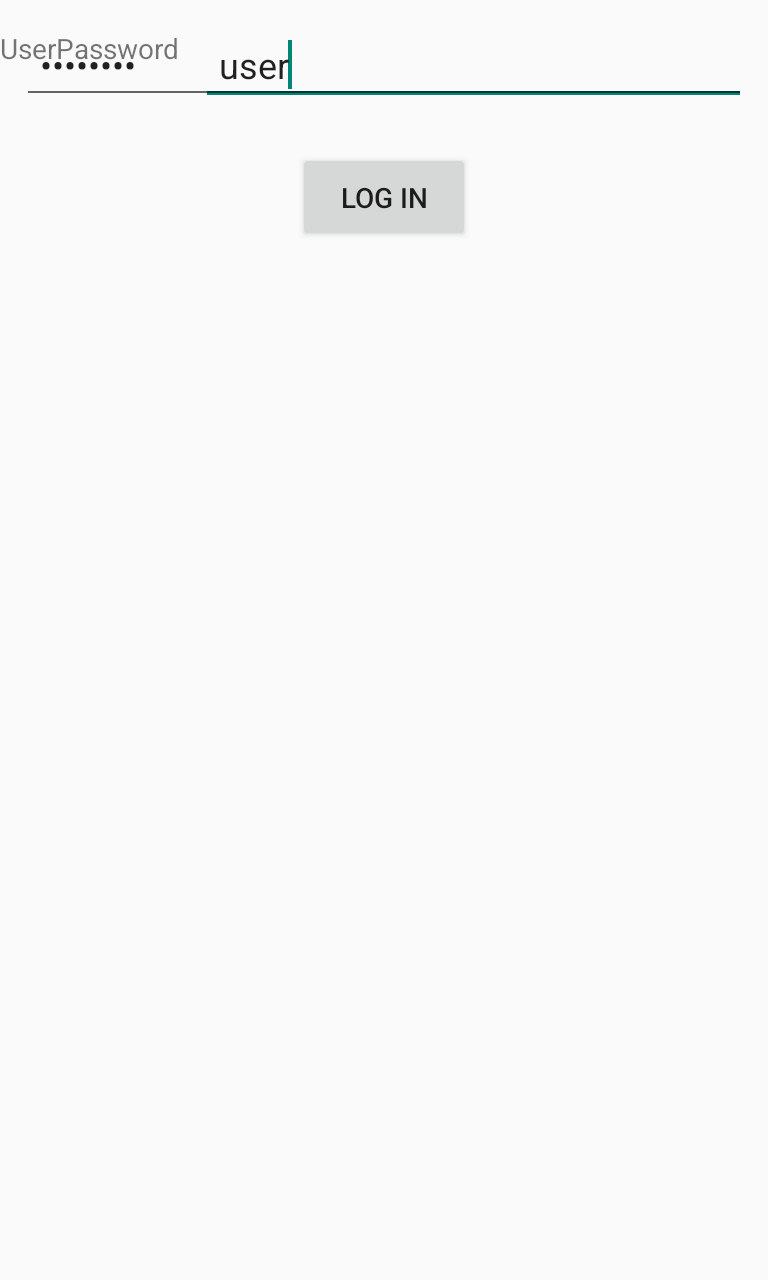
Repository: mgorski-mg/FunsCounter
Layout: FunsCounter/res/layout/login_fragment.xml
The author's editor kept a copy of each file at every save. The layout is drawn from the files as they stood at one save, then again after the next save.
It is drawn on a 768 x 1280 px phone screen (xhdpi) without system bars, with theme AppTheme; the app's code is not run.

Above is the layout before, as saved 2014-02-10 18:17:44.

### FunsCounter/res/layout/login_fragment.xml
<RelativeLayout xmlns:android="http://schemas.android.com/apk/res/android"
    android:layout_width="fill_parent"
    android:layout_height="wrap_content"
    android:layout_gravity="center" >

    <LinearLayout
        android:layout_width="fill_parent"
        android:layout_height="wrap_content" >

        <TextView
            android:layout_width="wrap_content"
            android:layout_height="wrap_content"
            android:text="@string/user" />

        <TextView
            android:layout_width="wrap_content"
            android:layout_height="wrap_content"
            android:text="@string/password" />

        <EditText
            android:id="@+id/user"
            android:layout_width="match_parent"
            android:layout_height="wrap_content"
            android:layout_alignParentTop="true"
            android:layout_margin="10dp"
            android:ems="10"
            android:inputType="text"
            android:padding="10dp"
            android:text="user" >

            <requestFocus />
        </EditText>
    </LinearLayout>

    <EditText
        android:id="@+id/password"
        android:layout_width="match_parent"
        android:layout_height="wrap_content"
        android:layout_below="@+id/user"
        android:layout_margin="10dp"
        android:ems="10"
        android:inputType="textPassword"
        android:padding="10dp"
        android:text="password" />

    <Button
        android:id="@+id/loginButton"
        android:layout_width="wrap_content"
        android:layout_height="wrap_content"
        android:layout_below="@+id/password"
        android:layout_centerHorizontal="true"
        android:layout_margin="10dp"
        android:padding="10dp"
        android:text="@string/login" />

</RelativeLayout>

### FunsCounter/res/values/styles.xml
<resources>

    <style name="AppBaseTheme" parent="Theme.AppCompat.Light"></style>

    <!-- Application theme. -->
    <style name="AppTheme" parent="AppBaseTheme"></style>

    <style name="AppTheme.NoTitleBar" parent="AppBaseTheme">
        <item name="windowActionBar">false</item>
    </style>

</resources>

### FunsCounter/res/values/strings.xml
<?xml version="1.0" encoding="utf-8"?>
<resources>

    <string name="app_name">Funs Counter</string>
    <string name="refresh_event_list">Refresh Event List</string>
    <string name="refresh_content">Refresh Content</string>
    <string name="connection_problem">Can\'t download data! Please check your internet connection.</string>
    <string name="login">Log In</string>
    <string name="cant_login">Wrong username or password!</string>
    <string name="wait">Please wait!</string>
    <string name="user">User</string>
    <string name="password">Password</string>


</resources>

After the next save:
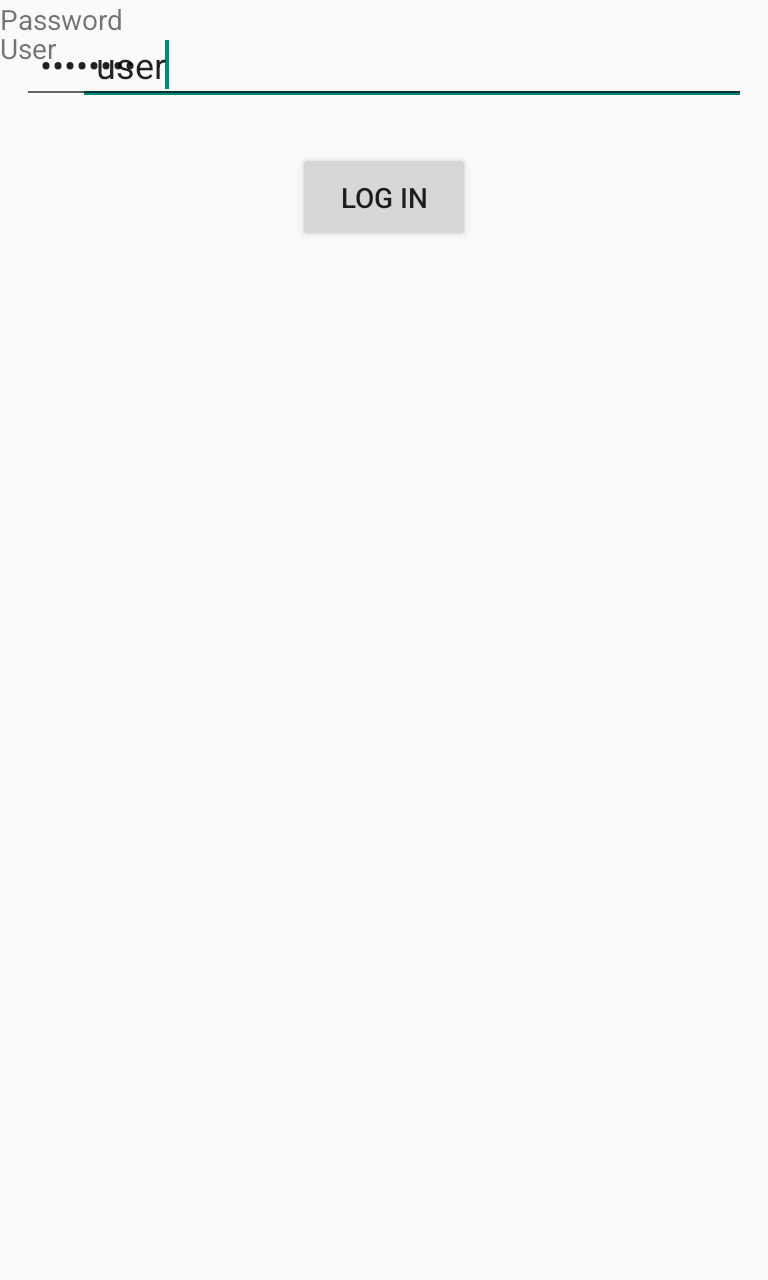
Saved 10 s later.
--- a/FunsCounter/res/layout/login_fragment.xml
+++ b/FunsCounter/res/layout/login_fragment.xml
@@ -11,11 +11,6 @@
             android:layout_width="wrap_content"
             android:layout_height="wrap_content"
             android:text="@string/user" />
-
-        <TextView
-            android:layout_width="wrap_content"
-            android:layout_height="wrap_content"
-            android:text="@string/password" />
 
         <EditText
             android:id="@+id/user"
@@ -31,6 +26,11 @@
             <requestFocus />
         </EditText>
     </LinearLayout>
+
+    <TextView
+            android:layout_width="wrap_content"
+            android:layout_height="wrap_content"
+            android:text="@string/password" />
 
     <EditText
         android:id="@+id/password"
